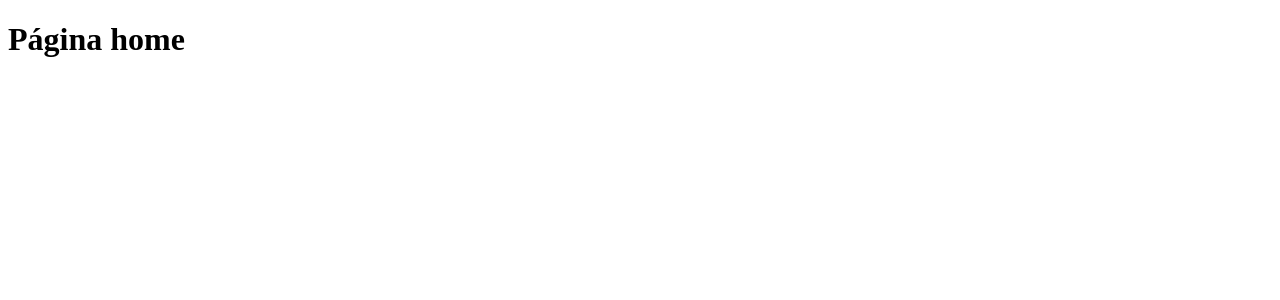
Repository: ThomasRCP/aulagithub
Page: index.html
These files come from the project's save history. The page is drawn as it stood at one moment and after the next save; the edit follows.
The browser window is 1280 px wide. The pictures show the whole page.

Above is the page before, as saved 2022-07-05 11:06:48.

After the next save:
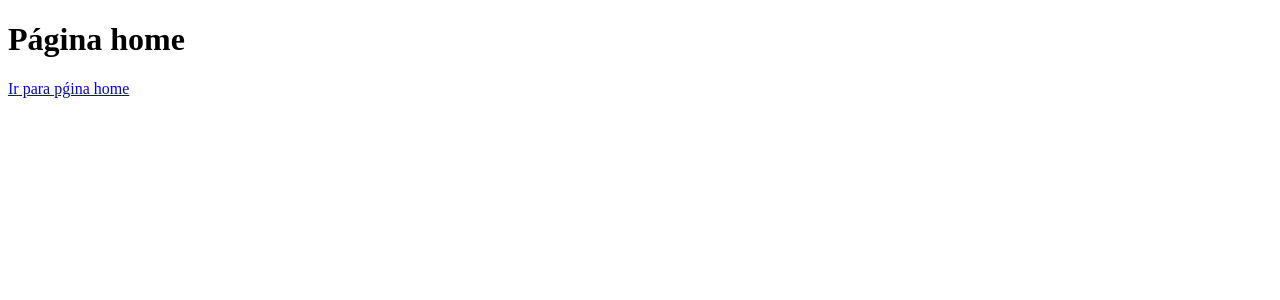
Saved 118 s later.
--- a/index.html
+++ b/index.html
@@ -8,5 +8,6 @@
 </head>
 <body>
     <h1>Página home</h1>
+    <a href="index.html">Ir para pǵina home</a>
 </body>
 </html>
